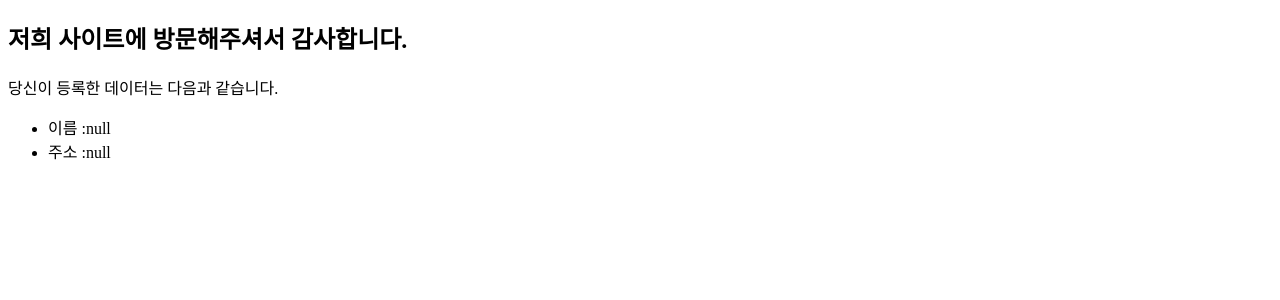
Repository: lty516/jspwork
Page: http://localhost/myjsp2/actiontag/forword_proc.jsp
The author's editor kept a copy of each file at every save. The page is drawn from the files as they stood at one save, then again after the next save.
The browser window is 1280 px wide. The pictures show the whole page.
The page is served by Tomcat 9.

Above is the page before, as saved 2020-08-14 02:13:03.

### myjsp2/WebContent/actiontag/forword_proc.jsp
<%@ page contentType="text/html; charset=utf-8"%>
<!DOCTYPE html>
<html>
<head>
<meta charset="utf-8">
<title>Insert title here</title>
</head>
<body>
	<h2>저희 사이트에 방문해주셔서 감사합니다.</h2>
	당신이 등록한 데이터는 다음과 같습니다.<br>
	<ul>
		<li>이름 :<%=request.getParameter("irum") %></li>
		<li>주소 :<%=request.getParameter("addr") %></li>

	</ul>
</body>
</html>

### myjsp2/WebContent/actiontag/kr.jsp
<%@ page contentType="text/html; charset=utf-8"%>
<!DOCTYPE html>
<html>
<head>
<meta charset="utf-8">
<title>Insert title here</title>
</head>
<body>
	<h2>저희 사이트에 방문해주셔서 감사합니다.</h2>
	당신이 등록한 데이터는 다음과 같습니다.<br>
	<ul>
		<li>이름 :<%=request.getParameter("irum") %></li>
		<li>주소 :<%=request.getParameter("addr") %></li>

	</ul>
</body>
</html>

After the next save:
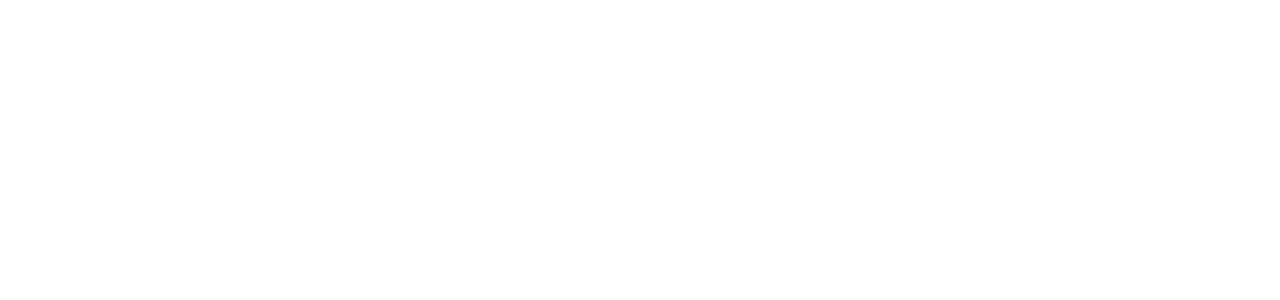
Saved 42 s later.
--- a/myjsp2/WebContent/actiontag/forword_proc.jsp
+++ b/myjsp2/WebContent/actiontag/forword_proc.jsp
@@ -1,17 +1 @@
 <%@ page contentType="text/html; charset=utf-8"%>
-<!DOCTYPE html>
-<html>
-<head>
-<meta charset="utf-8">
-<title>Insert title here</title>
-</head>
-<body>
-	<h2>저희 사이트에 방문해주셔서 감사합니다.</h2>
-	당신이 등록한 데이터는 다음과 같습니다.<br>
-	<ul>
-		<li>이름 :<%=request.getParameter("irum") %></li>
-		<li>주소 :<%=request.getParameter("addr") %></li>
-
-	</ul>
-</body>
-</html>

After the save that followed:
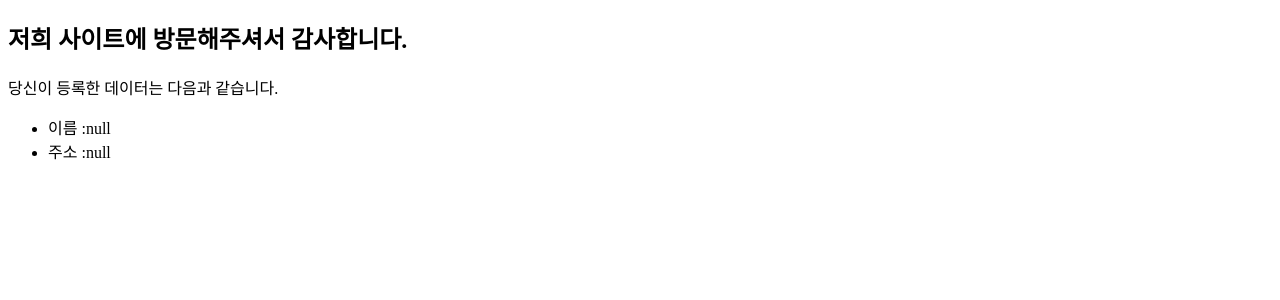
Saved 5 min 8 s later.
--- a/myjsp2/WebContent/actiontag/forword_proc.jsp
+++ b/myjsp2/WebContent/actiontag/forword_proc.jsp
@@ -1 +1,12 @@
 <%@ page contentType="text/html; charset=utf-8"%>
+
+<%
+	String towhere = "kr.jsp";
+	String from = request.getRemoteAddr();
+
+	if(from.startsWith("http://localhost:8080")) {
+		towhere = "en.jsp";
+	}
+%>
+
+<jsp:forward page="<%=towhere%>"></jsp:forward>
